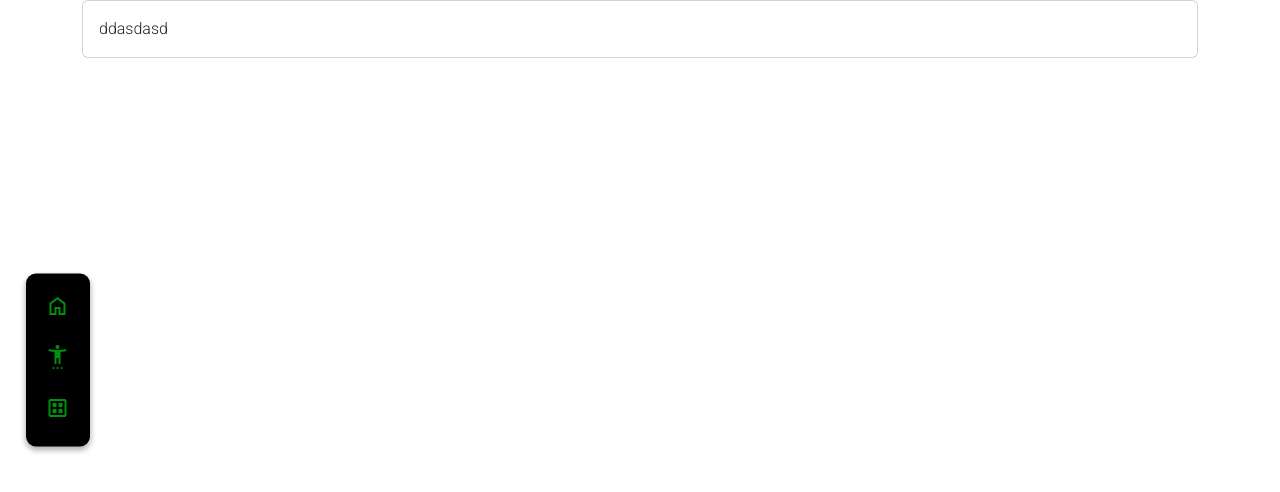
Repository: tuankiet10920/homeworkFEF
Page: /about
The author's editor kept a copy of each file at every save. The page is drawn from the files as they stood at one save, then again after the next save.
The browser window is 1280 px wide. The pictures show the whole page.
The project was rebuilt for these pictures with package versions that can differ from the ones it lists, and the page was loaded fresh each time. Also part of the build but not shown: vite.config.js, src/views/HomeView.vue. Imported but missing from the stored project, and not drawn on this page: src/assets/audio/intro.mp3.

Above is the page before, as saved 2024-10-25 14:20:48.

After the next save:
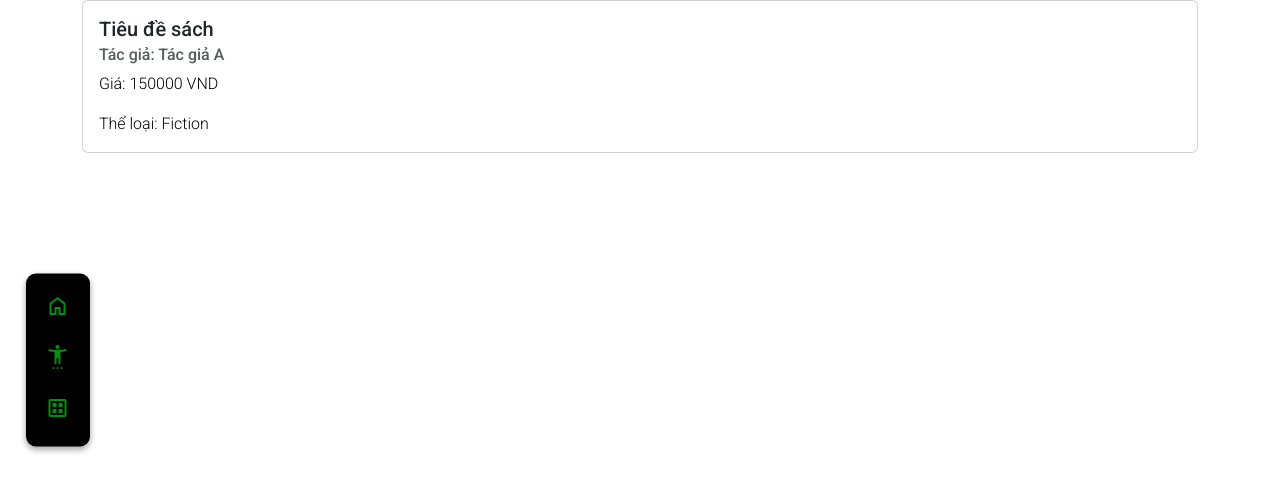
Saved 18 s later.
--- a/src/Labs/Lab5/Bai3.vue
+++ b/src/Labs/Lab5/Bai3.vue
@@ -3,7 +3,12 @@ import Bai3Component from '../../components/Bai3Lab5.vue'
 </script>
 <template>
   <div class="container">
-    <Bai3Component>ddasdasd </Bai3Component>
+    <Bai3Component>
+      <h5 class="card-title">Tiêu đề sách</h5>
+      <h6 class="card-subtitle mb-2 text-muted">Tác giả: Tác giả A</h6>
+      <p class="card-text">Giá: 150000 VND</p>
+      <p class="card-text">Thể loại: Fiction</p>
+    </Bai3Component>
   </div>
 </template>
 <style scoped></style>
